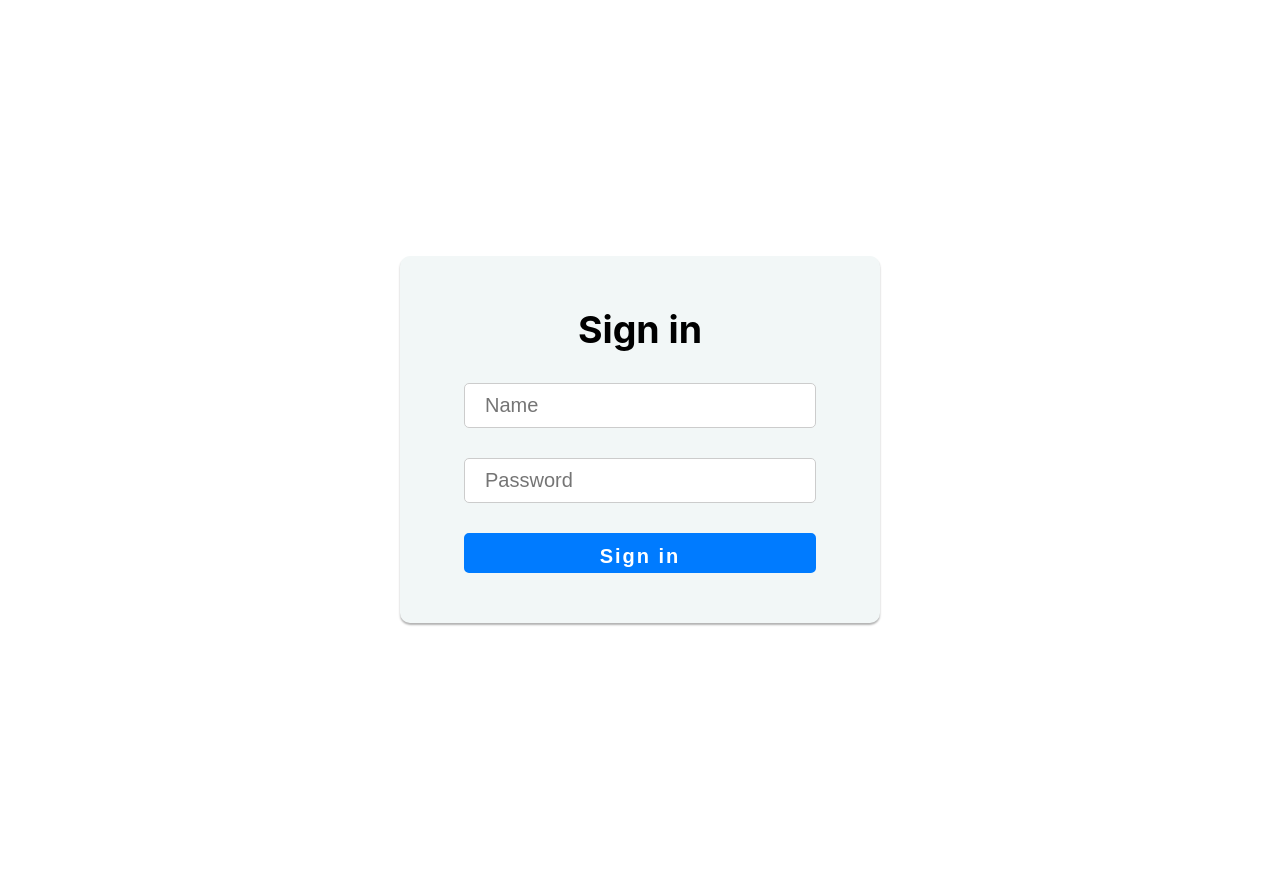
Repository: superHotBob/admin_nftillion
Page: /users
These files come from the project's save history. The page is drawn as it stood at one moment and after the next save; the edit follows.
The browser window is 1280 px wide. The pictures show the whole page.
The project was rebuilt for these pictures with package versions that can differ from the ones it lists, and the page was loaded fresh each time. Also part of the build but not shown: src/components/NavPanel/styles.scss, src/components/Collections/styles.scss, src/components/Collections/index.js.

Above is the page before, as saved 2022-04-23 13:04:25.

### src/index.js
import React from "react";
import ReactDOM from "react-dom/client";
import "./index.css";
import { BrowserRouter } from "react-router-dom";
import "./index.css";
import App from "./App";

import reportWebVitals from "./reportWebVitals";

const root = ReactDOM.createRoot(document.getElementById("root"));
root.render(
  <React.StrictMode>
    <BrowserRouter>
      <App />
    </BrowserRouter>
  </React.StrictMode>
);

// If you want to start measuring performance in your app, pass a function
// to log results (for example: reportWebVitals(console.log))
// or send to an analytics endpoint. Learn more: https://bit.ly/CRA-vitals
reportWebVitals();

### src/App.js
import * as React from "react";
import { Routes, Route } from "react-router-dom";
import { Home } from "./components/Home";
import { Users } from "./components/Users";
import './App.css';
import { Collections } from "./components/Collections";

function App() {
  return (
    <div className="App">
    <Routes>
        <Route path="/" element={<Home />} />
        <Route path="users" element={<Users />} />
        <Route path="collections" element={<Collections />} />
      </Routes>
    </div>
  );
}

export default App;

### src/components/Home/index.js
import * as React from "react";
import "./styles.scss";
import axios from "axios";
import { useNavigate } from "react-router-dom";

export const Home = () => {
  const [password, setPassword] = React.useState("");
  const [name, setName] = React.useState("");
  let navigate = useNavigate();

  function login(event) {
    event.preventDefault();
    axios
      .post(`https://jsonplaceholder.typicode.com/users`, {
        name: name,
        password: password,
      })
      .then((res) => {
        console.log(res.data);
        if (res.data.name === "bob") {
          localStorage.setItem("name", res.data.name);
          navigate("/users");
        } else {
          navigate("/");
        }
      });
  }
  return (
    <div className="mainblock">
      <h2>Sign in</h2>
      <form onSubmit={login}>
        <label>

          <input
            type="text"
            value={name}
            required
            onChange={(e) => setName(e.target.value)}
            placeholder="Name"
          />
        </label>
        <label>

          <input
            type="password"
            value={password}
            required
            onChange={(e) => setPassword(e.target.value)}
            placeholder="Password"
          />
        </label>
        <button type="submit">Sign in</button>
      </form>
    </div>
  );
};

### src/components/Users/index.js
import * as React from "react";
import axios from "axios";
import { useNavigate } from "react-router-dom";

import "./styles.scss";

import { NavPanel } from "../NavPanel";

export const Users = () => {
  let navigate = useNavigate();
  const name = localStorage.getItem("name");
  const [data, setData] = React.useState([]);
  const [view, setView] = React.useState(false);
  const [editUser, setEditUser] = React.useState('');

  const setViewOne =(a)=> {
      setView(true);
      setEditUser(a);
  }

  React.useEffect(() => {
    name
      ? axios.get(`https://jsonplaceholder.typicode.com/users`).then((res) => {
          console.log(res.data);
          setData(res.data);
        })
      : navigate("/");
  }, [name, navigate]);

  return (
    <>
      <NavPanel />
      <h1 className="header">List of users</h1>
      <div className="mainblockuser">
        <header>
          <span>wallet</span>
          <span>date reg.</span>
          <span>date last auth</span>
          <span>count collections</span>
          <span>count NFTs</span>
        </header>
        <section>
          {data.map((i) => (
            <p className="data" onClick={()=>setViewOne(i.name)}>
              <span>{i.id}</span>
              <span>{i.name}</span>
              <span>{i.username}</span>
              <span>{i.email}</span>
              <span>{i.phone}</span>
            </p>
          ))}
        </section>
        <div className={view ? "right_block_view" : "right_block_hide"}>
            <h3>Edit user</h3>
            {data.filter(i=>i.name === editUser).map((i) => (
            <p className="data_edit">
              <span>{i.id}</span>
              <span>{i.name}</span>
              <span>{i.username}</span>
              <span>{i.email}</span>
              <span>{i.phone}</span>
            </p>
          ))}
          <p className="block_button">
            <button onClick={() => setView(false)}>Cancel</button>
            <button>Submit</button>
          </p>
        </div>
      </div>
    </>
  );
};

### src/components/Home/styles.scss
$submit: #007bff;
$white: #007bff;
$color_1:$submit;
$transition: all 0.25s ease-in-out;
.mainblock {
    width: 440px;
    height: auto;
    padding: 20px;
    background-color: #f2f7f7;
    margin: 20vw auto;
    box-shadow: 0px 2px 2px rgb(0 0 0 / 30%);
    border-radius: 10px;
    font-size: 25px;
    input, button {
        font-size: 20px;
        padding: 10px 20px;
        display: block;
        width: 100%;
        border-radius: 5px;
        border: 1px solid #ccc;
        margin: 10px auto 20px;
        cursor: pointer;
        box-sizing: border-box;
        outline: none;
    }
    label, button {
        width: 80%;
        text-align: left;
        margin: 0 auto 30px;
        display: block;
    }
    button {
        text-align: center;
        font-weight: 600;
    }

    @mixin mybutton($color_1, $color_2) {
        border: 2px solid $color_1;

        letter-spacing: 2px;

          color: #fff;
        background-color: $color_2;
          transition: $transition;
          &:hover {
              background-color: $color_1;
              border-color: $color_1;
              opacity: 0.8;
              color: #fff;
          }
          &:active {
              background-color: $color_1;
              border-color: $color_1;
              color: #fff;
              box-shadow: none;
          }
          &:focus, &:active:focus {
              background-color: $color_1;
              border-color: $color_1;
              color: $color_2;
              outline: 5px auto $color_1;
          }
      }

    button {

            @include mybutton($submit, $white);

    }
}

### src/components/Users/styles.scss
.header {
    color: #000;
    padding: 20px 50px;
    margin: 0;
    border-bottom: 1px solid black;
    text-align: center;
    b {
        float: right;
        font-size: 16px;
        margin-top: 15px;
    }

}
header, .data {
     display: flex;
     justify-content: space-around;
     font-size: 20px;
     span {
         width: 15%;
         display: inline-block;
     }
}
header {
    border-bottom: 1px solid black;
    font-size: 25px;
    font-weight: 600;
    padding: 20px 0;
}
.right_block_view {
    position: fixed;
    top: 0;
    right: 0;
    width: 400px;
    height: 100vw;
    transition: all 0.5s;
    background-color: #fff;
    border-left: 1px solid #000;
}
.right_block_hide {
    position: fixed;
    top: 0;
    transition: all 0.5s;
    right: -400px;
    width: 400px;
    height: 100vw;
    background-color: #fff;
    border-left: 1px solid #000;
}
button {
    height: 40px;
    width: 45%;
    font-size: 20px;
    border-radius: 20px;
    cursor: pointer;
}
.block_button {
    display: flex;
    justify-content: space-around;
}
.data_edit {
    span {
        display: block;
        font-size: 20px;
        margin: 20px;
    }
}

### src/components/NavPanel/index.js
import "./styles.scss";
import { NavLink } from "react-router-dom";
export const NavPanel = () => {
  return (
    <div className="mainNavBlock">
      <NavLink
        style={({ isActive }) => {
          return {
            display: "block",
            padding: 20,
            textDecoration: "none",
            width: "45%",
            backgroundColor: isActive ? "#c0c0c0" : "whitw",
            color: !isActive ? "#c0c0c0" : "white",
          };
        }}
        to="/users"
      >
        USERS
      </NavLink>
      <NavLink
        style={({ isActive }) => {
          return {
            display: "block",
            width: "45%",
            textDecoration: "none",
            padding: 20,
            backgroundColor: isActive ? "#c0c0c0" : "white",
            color: !isActive ? "#c0c0c0" : "white",
          };
        }}
        to="/collections"
      >
        COLLECTIONS
      </NavLink>
      <NavLink
        to="/"
        style={{
          display: "block",
          width: "10%",
          textDecoration: "none",
          padding: 20,
          color: '#000',
          borderLeft: '1px solid #ddd'
        }}
      >
        sign out
      </NavLink>
    </div>
  );
};

Loaded but not shown: public/index.html (common file); src/index.css (common file); src/reportWebVitals.js (common file); src/App.css (common file)

After the next save:
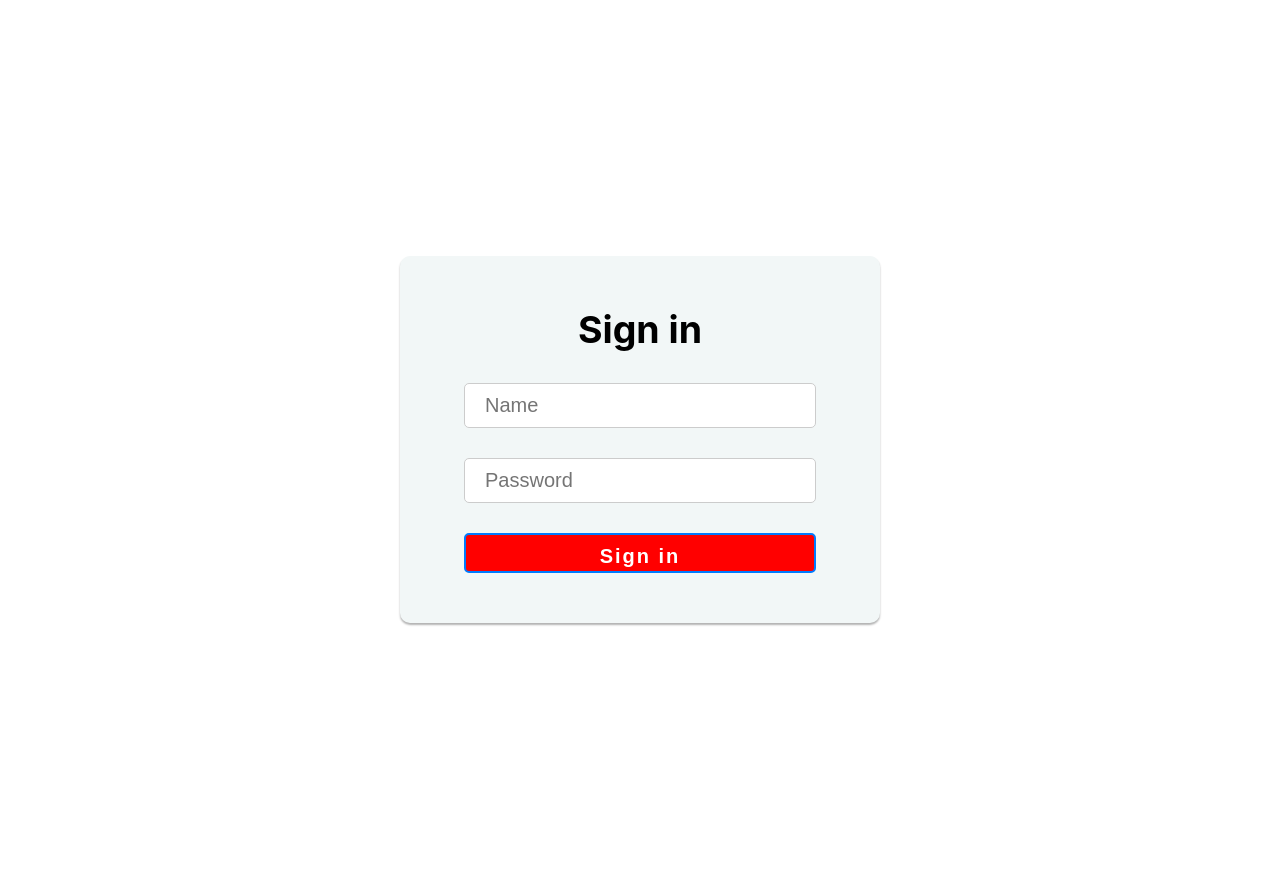
Saved 76 s later.
--- a/src/components/Users/styles.scss
+++ b/src/components/Users/styles.scss
@@ -52,7 +52,14 @@
     font-size: 20px;
     border-radius: 20px;
     cursor: pointer;
+    font-weight: 600;
+    color: #fff;
+
 }
+button:first-of-type {
+    background-color: red;
+}
+
 .block_button {
     display: flex;
     justify-content: space-around;

After the 2 saves that followed:
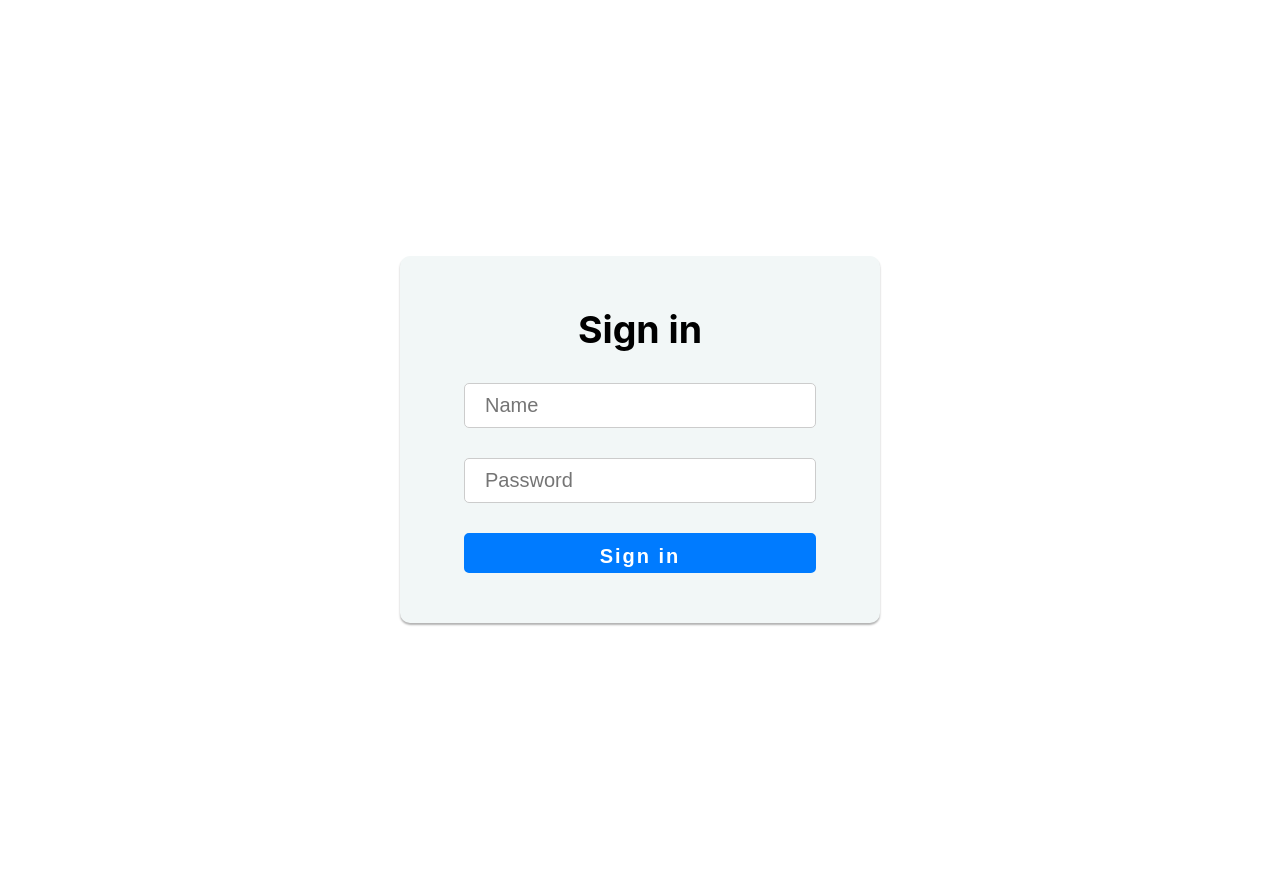
The 2 saves are shown as one change because 1 left the picture as it was.
The last was saved 63 s later.
--- a/src/components/Users/styles.scss
+++ b/src/components/Users/styles.scss
@@ -54,10 +54,14 @@
     cursor: pointer;
     font-weight: 600;
     color: #fff;
+    border: none;
 
 }
 button:first-of-type {
     background-color: red;
+}
+button:last-of-type {
+    background-color: #007bff;
 }
 
 .block_button {
